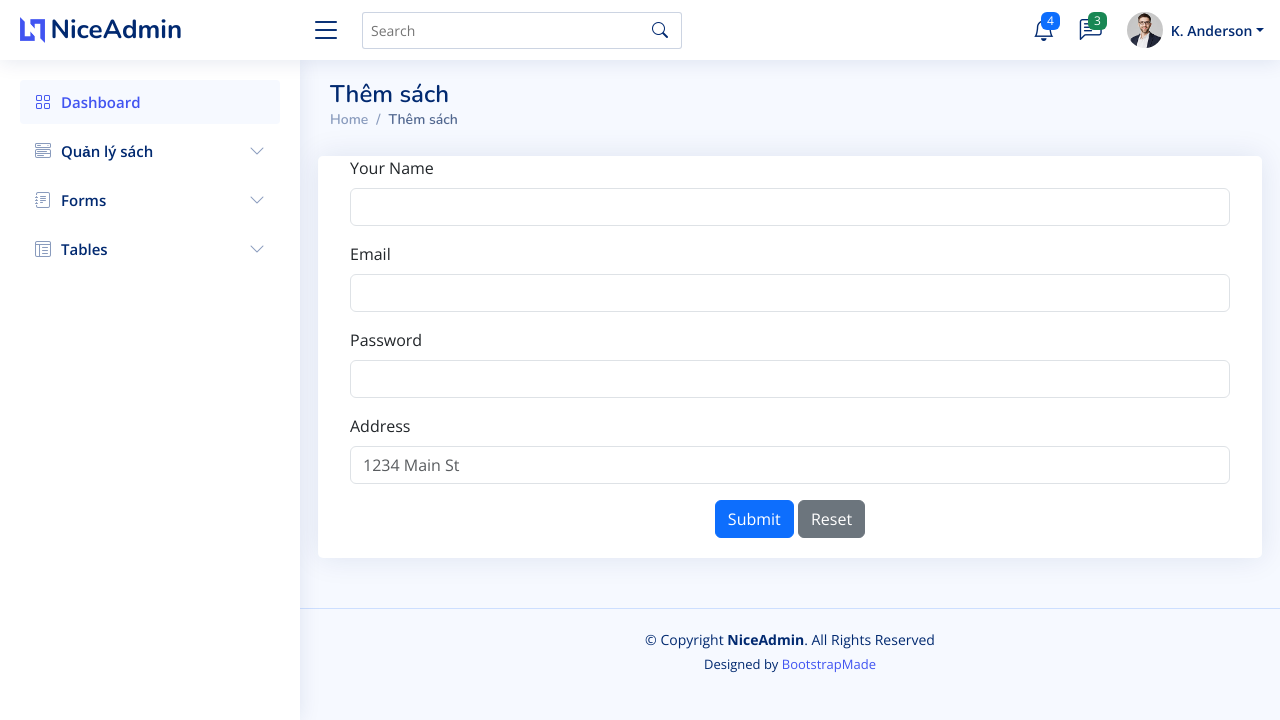
Repository: Hoainam7895123/library_manager
Page: http://localhost/library_manager/addBook.jsp
These files come from the project's save history. The page is drawn as it stood at one moment and after the next save; the edit follows.
The browser window is 1280 px wide. The pictures show the whole page.
The page is served by Tomcat 9.

Above is the page before, as saved 2024-06-06 01:10:55.

After the next save:
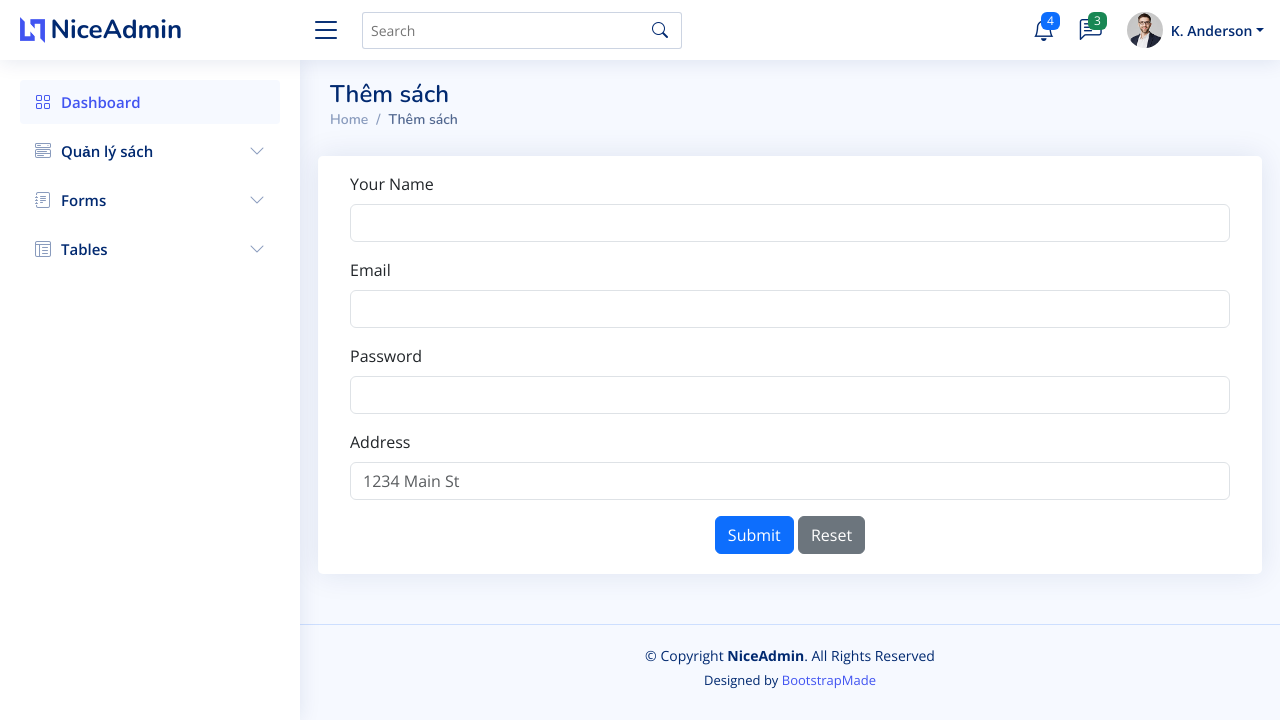
Saved 15 s later.
--- a/library_manager/src/main/webapp/addBook.jsp
+++ b/library_manager/src/main/webapp/addBook.jsp
@@ -355,7 +355,7 @@
 					<div class="card-body">
 						<!-- Vertical Form -->
 						<form class="row g-3">
-							<div class="col-12">
+							<div class="col-12 pt-3">
 								<label for="inputNanme4" class="form-label">Your Name</label> <input
 									type="text" class="form-control" id="inputNanme4">
 							</div>
